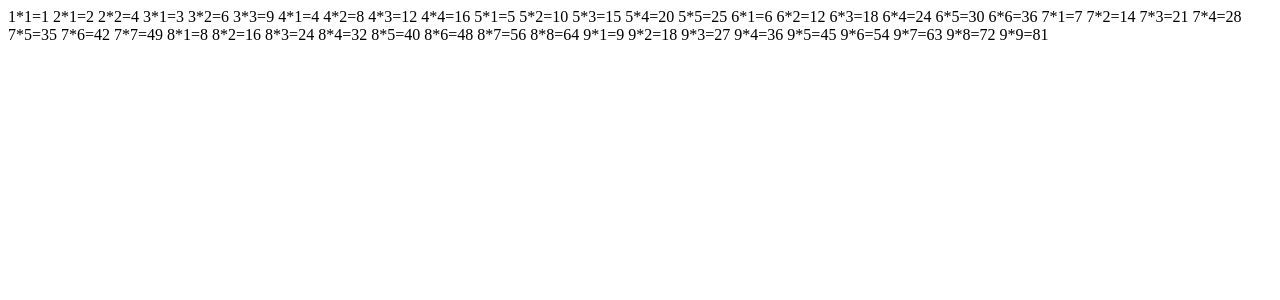
Repository: sheep9590/Test
Page: eclipse-workspace/Prj03/WebRoot/Multiplication.html
The author's editor kept a copy of each file at every save. The page is drawn from the files as they stood at one save, then again after the next save.
The browser window is 1280 px wide. The pictures show the whole page.

Above is the page before, as saved 2021-09-09 12:54:46.

### eclipse-workspace/Prj03/WebRoot/Multiplication.html
<html>
<body>
      <script type="text/javascript">
      for(i=1;i<=9;i++){
    	  for(j=1;j<=i;j++){
    		  var arg=i*j;
           document.writeln(i+"*"+j+"="+arg);
    	  }
      }
      </script>
</body>
</html>

After the next save:
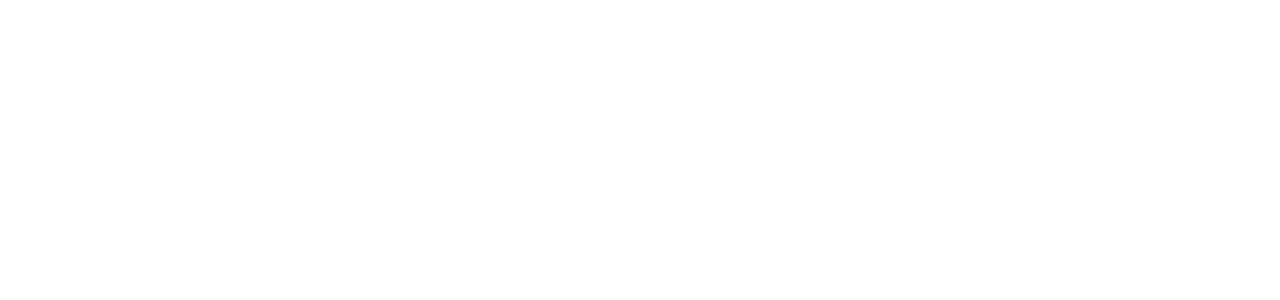
Console error: ReferenceError: i is not defined
Saved 7 min 14 s later.
--- a/eclipse-workspace/Prj03/WebRoot/Multiplication.html
+++ b/eclipse-workspace/Prj03/WebRoot/Multiplication.html
@@ -1,6 +1,9 @@
 <html>
 <body>
       <script type="text/javascript">
+      if(j=i){
+    	  document.writeln("<br>");
+      }
       for(i=1;i<=9;i++){
     	  for(j=1;j<=i;j++){
     		  var arg=i*j;

After the save that followed:
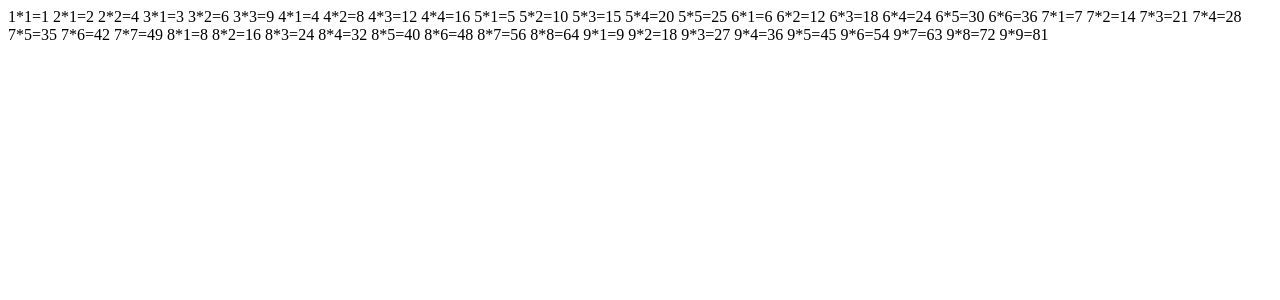
The error is gone.
Saved 35 s later.
--- a/eclipse-workspace/Prj03/WebRoot/Multiplication.html
+++ b/eclipse-workspace/Prj03/WebRoot/Multiplication.html
@@ -1,9 +1,6 @@
 <html>
 <body>
       <script type="text/javascript">
-      if(j=i){
-    	  document.writeln("<br>");
-      }
       for(i=1;i<=9;i++){
     	  for(j=1;j<=i;j++){
     		  var arg=i*j;
